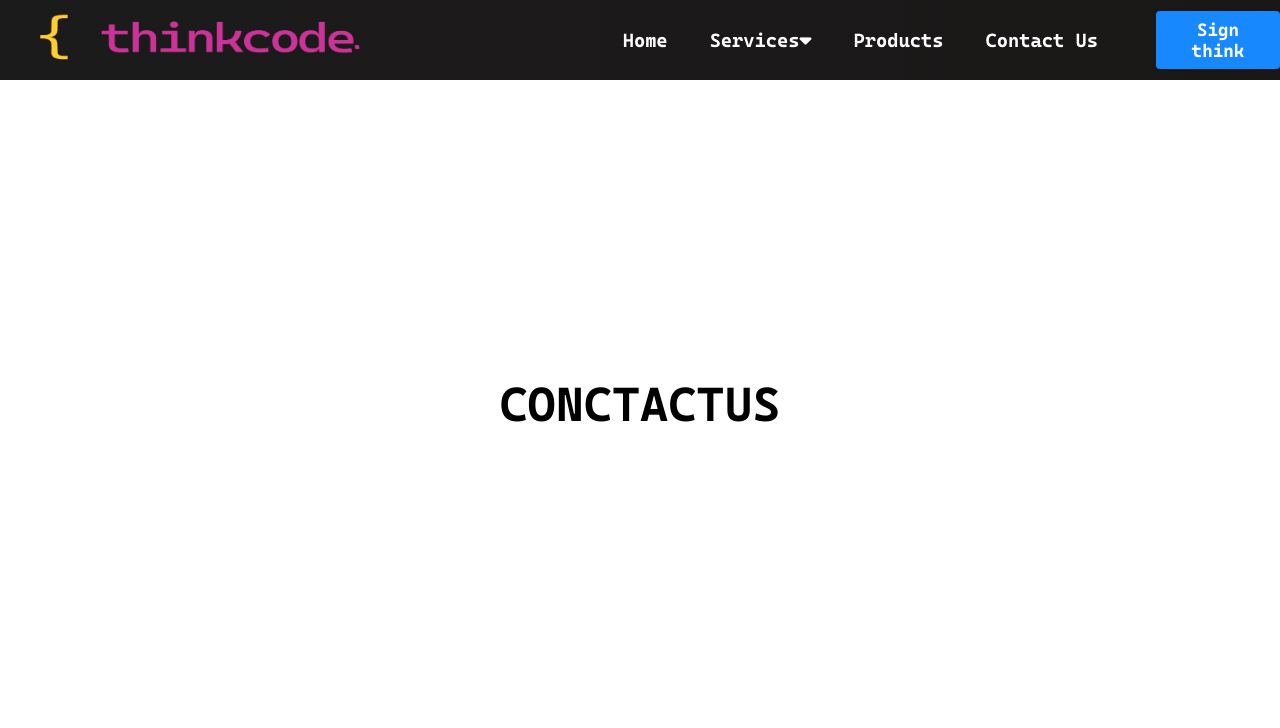
Repository: banchiec/thinkcode
Page: /contact-us
These files come from the project's save history. The page is drawn as it stood at one moment and after the next save; the edit follows.
The browser window is 1280 px wide. The pictures show the whole page.
Some web libraries are served in a nearby version. The project was rebuilt for these pictures with package versions that can differ from the ones it lists, and the page was loaded fresh each time. Also part of the build but not shown: src/components/MenuItems.js, src/components/Dropdownthink.css, src/components/Dropdownthink.js, src/components/pages/Consulting.js, src/components/pages/Home.js, src/components/pages/Marketing.js, src/components/pages/Products.js, src/components/pages/Services.js and 1 more.

Above is the page before, as saved 2020-11-25 13:48:42.

After the next save:
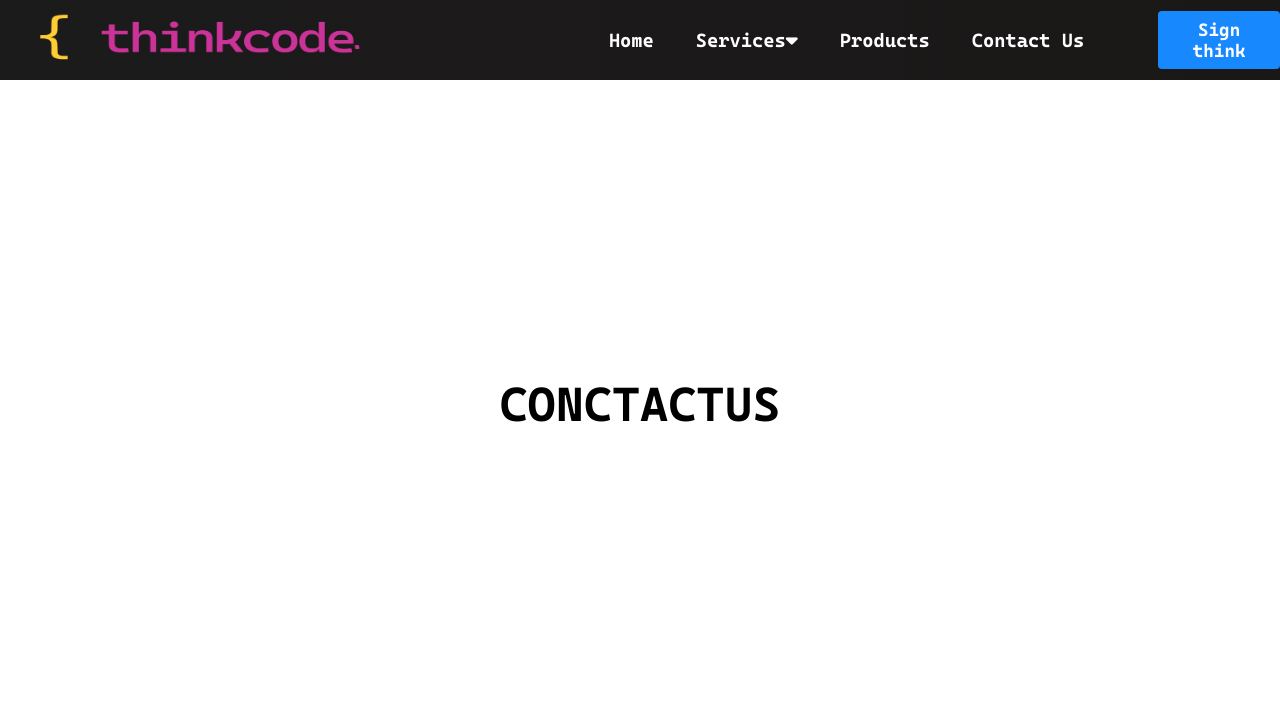
Saved 6 s later.
--- a/src/components/Navbarthink.css
+++ b/src/components/Navbarthink.css
@@ -28,7 +28,7 @@
   text-align: center;
   width: 70vw;
   justify-content: end;
-  margin-right: 2rem;
+  margin-right: 3rem;
 }
 
 .nav-item {

After the save that followed:
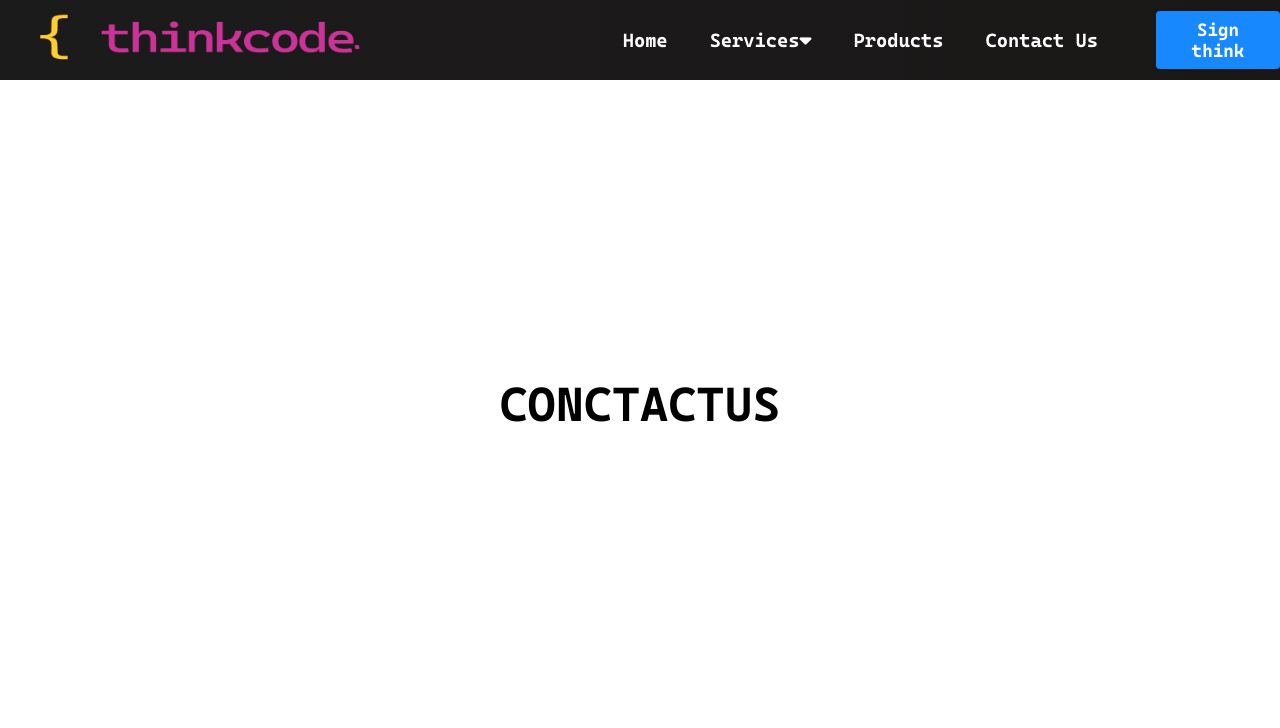
Saved 9 s later.
--- a/src/components/Navbarthink.css
+++ b/src/components/Navbarthink.css
@@ -28,7 +28,7 @@
   text-align: center;
   width: 70vw;
   justify-content: end;
-  margin-right: 3rem;
+  margin-right: 2rem;
 }
 
 .nav-item {
